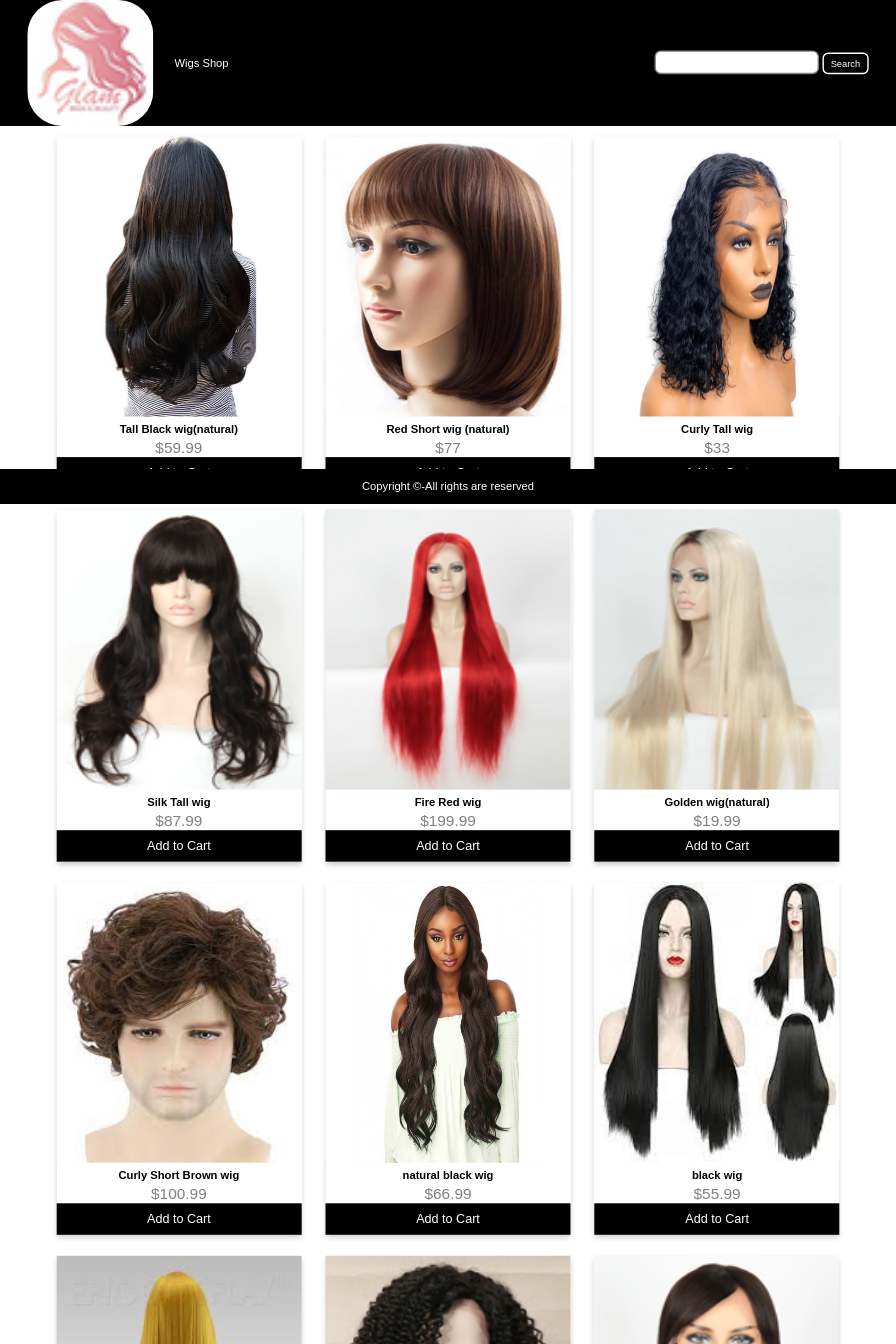
Repository: Zzero202/Zzero202
Page: index.html
The author's editor kept a copy of each file at every save. The page is drawn from the files as they stood at one save, then again after the next save.
The browser window is 1280 px wide. The pictures show the part of the page from y = 0 to 1920 px (the page is 5070 px tall before and 4960 px after), at 70% of full size.

Above is the page before, as saved 2021-12-09 02:52:54.

After the next save:
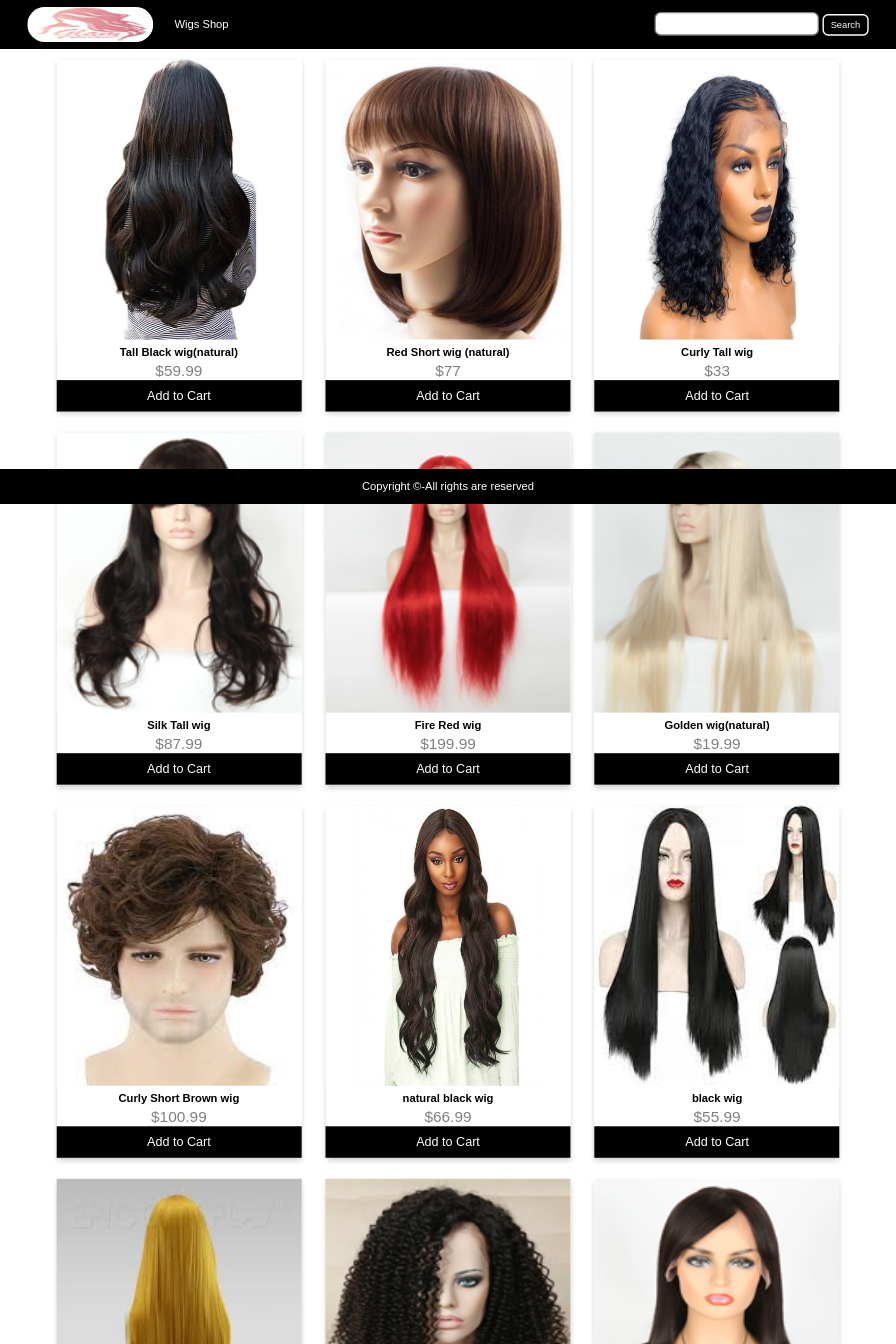
Saved 12 s later.
--- a/index.html
+++ b/index.html
@@ -448,7 +448,7 @@ table{
 	<nav class="navbar background">
 		<ul class="nav-list">
 			<div class="logo">
-				<img src= "img/logo.jpeg" width="20">
+				<img src= "img/logo.jpeg" height="50">
 			</div>
 			<li><a href="#shop">Wigs Shop</a></li>
 
